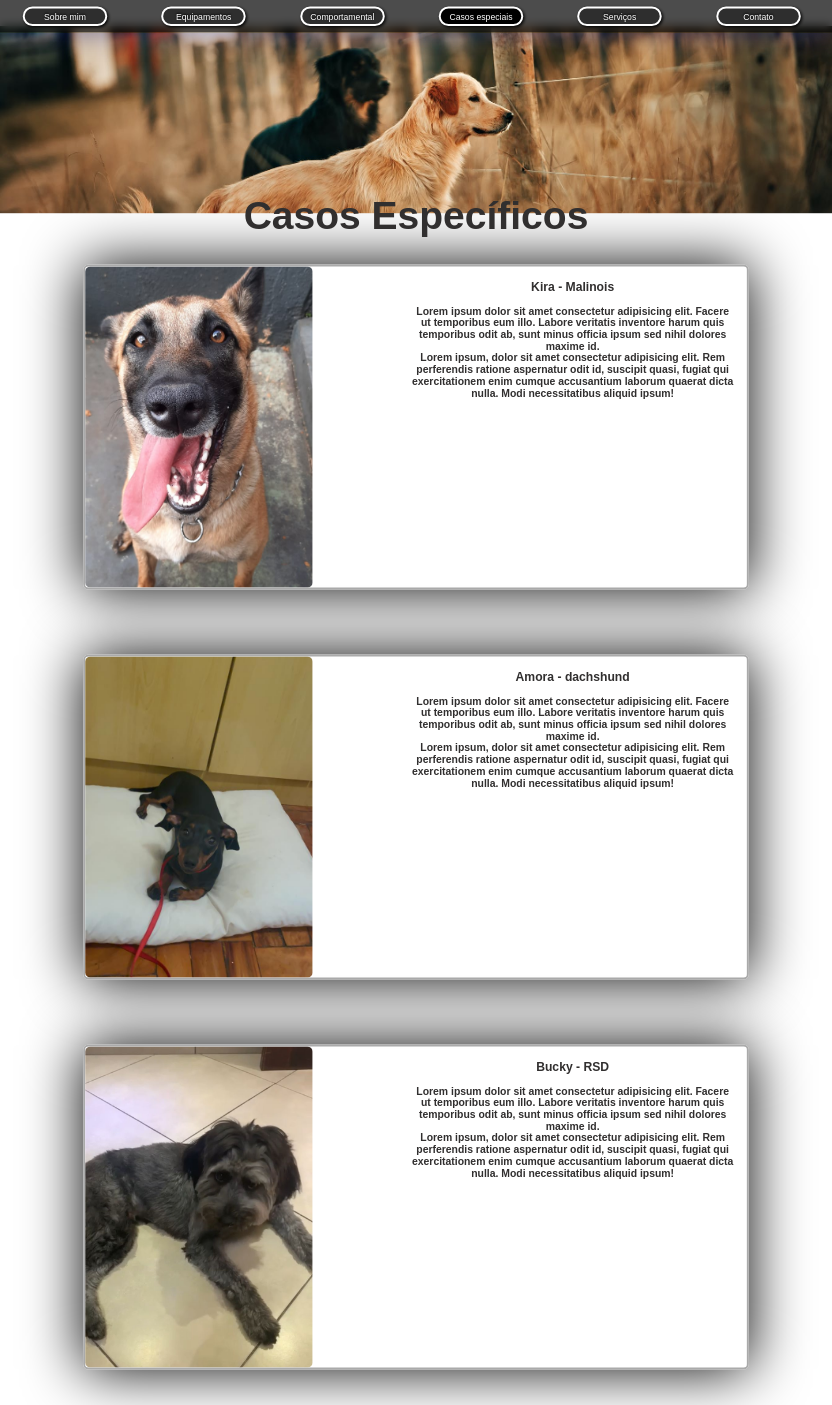
Repository: KevynMarques/Blog-React-StyledComponent
Page: /, after clicking the first element matching `button.sc-dcJsrY`
An editor plug-in stored every save of this project. The page is shown before and after a run of saves, followed by the edit.
The browser window is 1280 px wide. The pictures show the whole page, at 65% of full size.
The project was rebuilt for these pictures with package versions that can differ from the ones it lists, and the page was loaded fresh each time. Also part of the build but not shown: src/Components/Equipamentos/style.jsx, src/Components/Equipamentos/index.jsx, src/Components/Comportamental/style.jsx, src/Components/Comportamental/index.jsx, src/Components/Serviços/index.jsx, src/Components/Contato/index.jsx.

Above is the page before, as saved 2022-02-16 19:26:44.

After the next 5 saves:
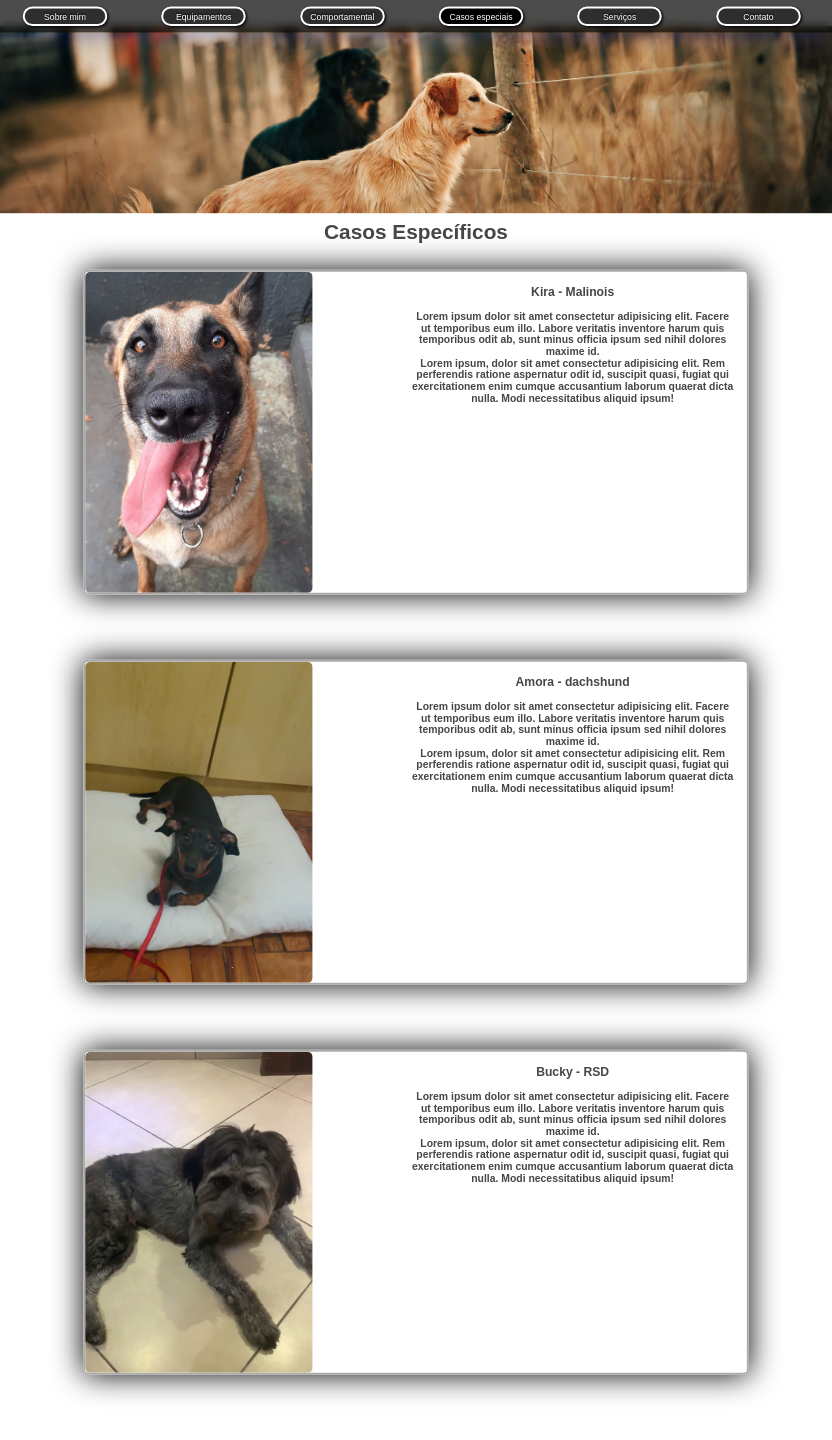
The 5 saves are shown as one change because 2 did not build or start and some came seconds apart.
The last was saved 3 min 47 s later.
--- a/src/Components/Clientes/index.jsx
+++ b/src/Components/Clientes/index.jsx
@@ -4,7 +4,7 @@ import Amora from '../Image/Amora.jpg'
 import Kira from '../Image/Kira.png'
 import Bucky from '../Image/bucky.png'
 import { ContainerBaner } from '../Containers/style'
-import { Tittle } from '../Sobre/style'
+import { SubTitle } from '../Textos&Titles/style'
 
 export default () => {
   return (
@@ -13,7 +13,7 @@ export default () => {
     <img src={Dog} />
     </ContainerBaner>
 
-    <Tittle>
+    <SubTitle>
       <h1>Casos Específicos</h1>
 
 
@@ -62,7 +62,7 @@ export default () => {
     </section>
     </Container>
 
-    </Tittle>
+    </SubTitle>
     </>
   );
 }
